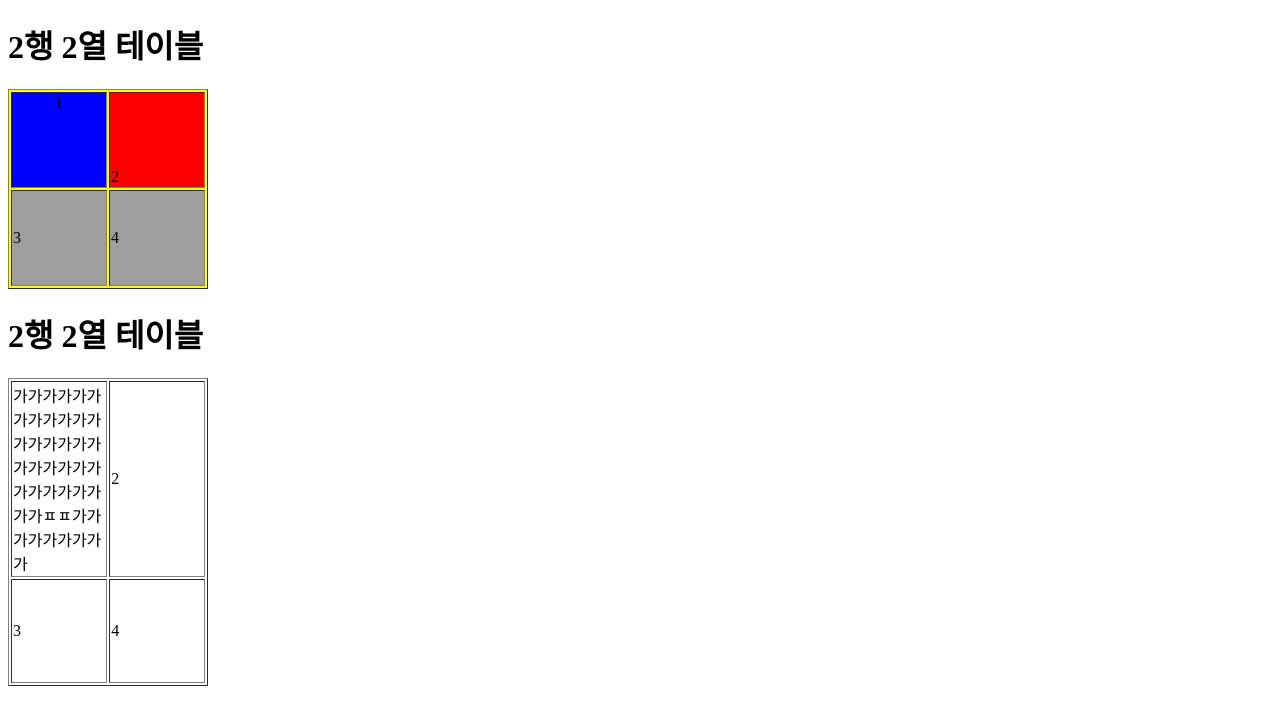
Repository: Hswwwww/WEB
Page: ClientTest/src/main/webapp/html/ex15_table.html
These files come from the project's save history. The page is drawn as it stood at one moment and after the next save; the edit follows.
The browser window is 1280 px wide. The pictures show the whole page.
Pictures or frames that could not be fetched are drawn as grey boxes.

Above is the page before, as saved 2024-03-13 06:33:33.

### ClientTest/src/main/webapp/html/ex15_table.html
<!DOCTYPE html>
<html>
<head>
<meta charset="UTF-8">
<title>Insert title here</title>
</head>
<body>

	<!--

	표
	1. 표를 만들기 위해서 사용
	2. 레이아웃을 만들기 위해서 사용

	테이블 구성요소
	1. 가장 큰 상자
		- <table>
		- 테이블 전체 컨테이너
	2. 중간 긴 상자
		- <tr>
		- table row
		- 테이블 행
	3. 가장 작은 상자
		- <td>
		- table data
		- 테이블 셀
		- 데이터를 담는 태그




	 -->

	<h1>2행 2열 테이블</h1>
	<table border = "1" width = "200" height = "200" bgcolor = "yellow">
		<tr bgcolor = "red">
			<td align = "center" valign = "top" bgcolor = "blue">1</td>
			<td align = "left" valign = "bottom">2</td>
		</tr>

		<tr>
			<td background = "images/man_01.png">3</td>
			<td background = "images/man_02.png">4</td>
		</tr>
	</table>


	<h1>2행 2열 테이블</h1>
	<table border = "1" width = "200" height = "200">
		<tr>
			<td width = "100" height = "100">가가가가가가가가가가가가가가가가가가가가가가가가가가가가가가가가ㅍㅍ가가가가가가가가가</td>
			<td width = "100">2</td>
		</tr>
		<tr>
			<td height = "100">3</td>
			<td>4</td>
		</tr>
	</table>

</body>
</html>

After the next save:
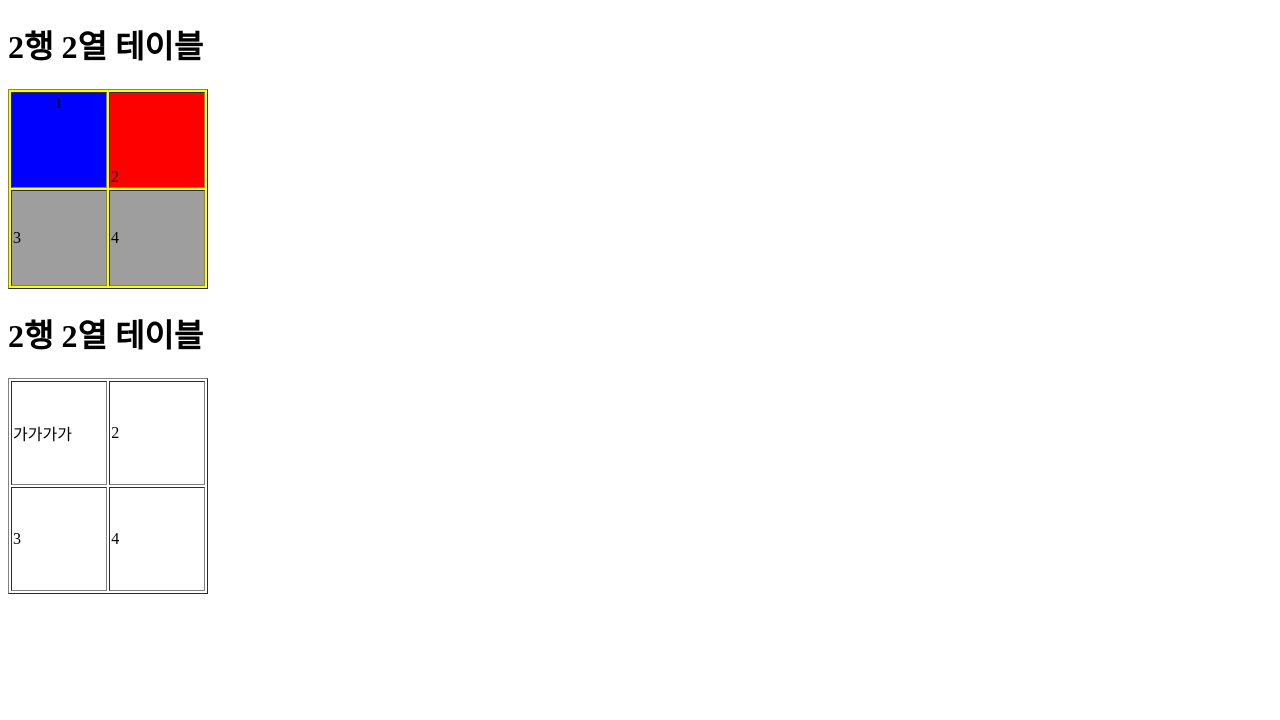
Saved 18 s later.
--- a/ClientTest/src/main/webapp/html/ex15_table.html
+++ b/ClientTest/src/main/webapp/html/ex15_table.html
@@ -48,7 +48,7 @@
 	<h1>2행 2열 테이블</h1>
 	<table border = "1" width = "200" height = "200">
 		<tr>
-			<td width = "100" height = "100">가가가가가가가가가가가가가가가가가가가가가가가가가가가가가가가가ㅍㅍ가가가가가가가가가</td>
+			<td width = "100" height = "100">가가가가</td>
 			<td width = "100">2</td>
 		</tr>
 		<tr>
